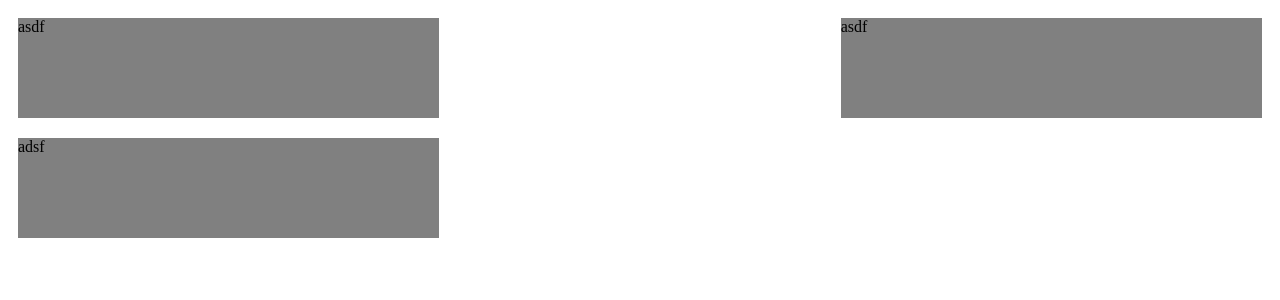
Repository: ervinne13/gg-basic-web-frontend-development
Page: modules/css/long-samples/grid-system-1.html
The author's editor kept a copy of each file at every save. The page is drawn from the files as they stood at one save, then again after the next save.
The browser window is 1280 px wide. The pictures show the whole page.

Above is the page before, as saved 2019-07-04 18:04:57.

After the next save:
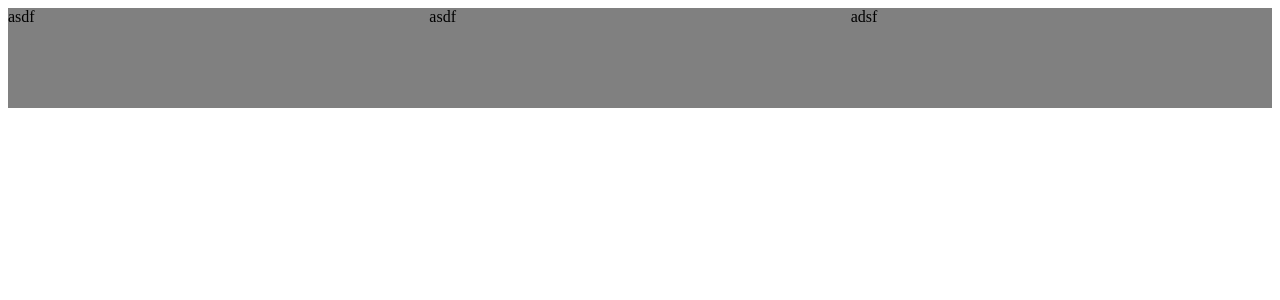
Saved 6 s later.
--- a/modules/css/long-samples/grid-system-1.html
+++ b/modules/css/long-samples/grid-system-1.html
@@ -15,7 +15,7 @@
             .grid-container .row .col {
                 flex-basis: 30%;
                 width: 259px;
-                padding: 10px;
+                /* padding: 10px; */
                 /* box-sizing: border-box; */
             }
 
